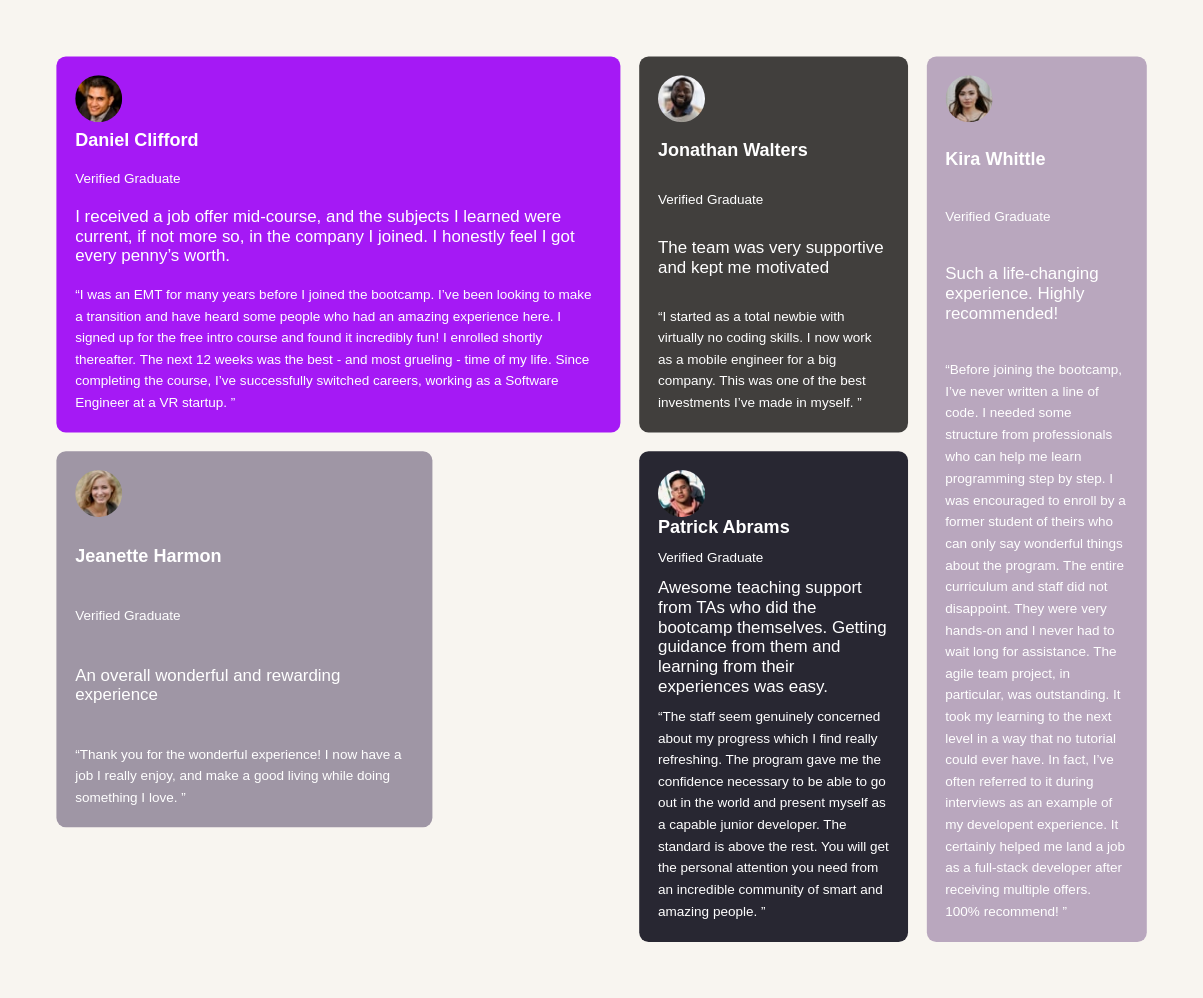
Repository: MagedElRefaey/Grid-Project
Page: Task.html
The author's editor kept a copy of each file at every save. The page is drawn from the files as they stood at one save, then again after the next save.
The browser window is 1280 px wide. The pictures show the whole page, at 94% of full size.

Above is the page before, as saved 2024-09-13 23:29:40.

### Task.html
<!DOCTYPE html>
<html lang="en">
<head>
    <link rel ="stylesheet" href="./Style.css">
    <meta charset="UTF-8">
    <meta name="viewport" content="width=device-width, initial-scale=1.0">
    <title>Document</title>
</head>
<body>
    <div class="Container">
        <div class="Card David"> <img src = "images/image-daniel.jpg">

            <h3>Daniel Clifford</h3>
            <p>Verified Graduate</p>
            <blockquote>
            I received a job offer mid-course, and the subjects I learned were current, if not more so,
            in the company I joined. I honestly feel I got every penny’s worth.</blockquote>

            <p>“I was an EMT for many years before I joined the bootcamp. I’ve been looking to make a
            transition and have heard some people who had an amazing experience here. I signed up
            for the free intro course and found it incredibly fun! I enrolled shortly thereafter.
            The next 12 weeks was the best - and most grueling - time of my life. Since completing
            the course, I’ve successfully switched careers, working as a Software Engineer at a VR startup. ”</p></div>
        <div class="Card Jonathan"><img src = "images/image-jonathan.jpg">
            <h3>Jonathan Walters</h3>
            <p>Verified Graduate</p>

            <blockquote>The team was very supportive and kept me motivated</blockquote>

            <p>“I started as a total newbie with virtually no coding skills. I now work as a mobile engineer
            for a big company. This was one of the best investments I’ve made in myself. ”</p></div>
        <div class="Card Jeanette"> <img src = "images/image-jeanette.jpg">
            <h3>Jeanette Harmon</h3>
            <p>Verified Graduate</p>

            <blockquote>An overall wonderful and rewarding experience</blockquote>

            <p>“Thank you for the wonderful experience! I now have a job I really enjoy, and make a good living
            while doing something I love. ” </p> </div>

        <div class="Card Patrick"><img src="images/image-patrick.jpg">
            <h3>Patrick Abrams</h3>
            <p>Verified Graduate</p>

            <blockquote>Awesome teaching support from TAs who did the bootcamp themselves. Getting guidance from them and
            learning from their experiences was easy.</blockquote>

            <p>“The staff seem genuinely concerned about my progress which I find really refreshing. The program
            gave me the confidence necessary to be able to go out in the world and present myself as a capable
            junior developer. The standard is above the rest. You will get the personal attention you need from
            an incredible community of smart and amazing people. ”</p>
           </div>
        <div class="Card Kira"><img src="images/image-kira.jpg">
            <h3>Kira Whittle</h3>
            <p>Verified Graduate</p>

            <blockquote>Such a life-changing experience. Highly recommended!</blockquote>

            <p>“Before joining the bootcamp, I’ve never written a line of code. I needed some structure from
            professionals who can help me learn programming step by step. I was encouraged to enroll by a former
            student of theirs who can only say wonderful things about the program. The entire curriculum and staff
            did not disappoint. They were very hands-on and I never had to wait long for assistance. The agile team
            project, in particular, was outstanding. It took my learning to the next level in a way that no tutorial
            could ever have. In fact, I’ve often referred to it during interviews as an example of my developent
            experience. It certainly helped me land a job as a full-stack developer after receiving multiple offers.
            100% recommend! ”</p> </div>
    </div>
</body>
</html>

### Style.css
*{
    margin:0;
    padding: 0;
    box-sizing: border-box;
    font-family: Arial, sans-serif;
}
body{
    background-color: rgb(248, 245, 240);
    padding: 20px;
}
.Container {
    padding: 40px 40px 40px;
    display: grid;
    grid-template-columns: repeat(4,1fr);
    grid-template-columns: auto auto;
    grid-template-areas: "David  Jonathan Jonathan Kira"
                        "Jeanette Patrick Patrick Kira";
    gap: 20px;

}
.Card{
    padding: 20px;
    border-radius: 10px;
    color: white;
    display: flex;
    flex-direction: column;
    justify-content: space-between;
    align-items: start;
}
.Card img{
    width: 50px;
    height: 50px;
    border-radius: 50%;
    object-fit: cover;

}
.David{
    grid-area:David;
    /* height: 100%;
    width: 100%;
    border: 3px solid black; */
    /* padding: 20px 0; */
    background-color: #9c00f7e5;
    width: 600px;
    height: 400px;

}
.Jonathan{
    grid-area:Jonathan;
    /* height: 100%;
    width: 100%;
    border: 3px solid black; */
    /* padding: 20px 0; */
    background-color: #1d1c1bd5;
    height: 400px;
}
.Jeanette{
    grid-area:Jeanette;
    /* height: 100%;
    width: 100%;
    border: 3px solid black; */
    /* padding: 20px 0; */
    background-color: #968c9ee5;
    width: 400px;
    height: 400px;
}
.Patrick{
    grid-area:Patrick;
    /* height: 100%;
    width: 100%;
    border: 3px solid black; */
    /* padding: 20px 0; */
    background-color: #11101de5;
    width: 100%;
    height: 100%;


}
.Kira{
    grid-area:Kira;
    /* height: 100%;
    width: 100%;
    border: 3px solid black; */
    /* padding: 20px 0; */
    background-color: #b39fb9e5;
}
h3{
    margin-bottom: 10px;
    font-size: 1.2rem;
}
p{
    font-size: 0.9rem;
    line-height: 1.6;

}
blockquote {
font-style: times;
font-size:18px;
color: white;
margin: 10px 0;
}

@media  (max-width:780px){
    .Container{
        grid-template-columns: repeat(4,1fr);

    }

}

After the next save:
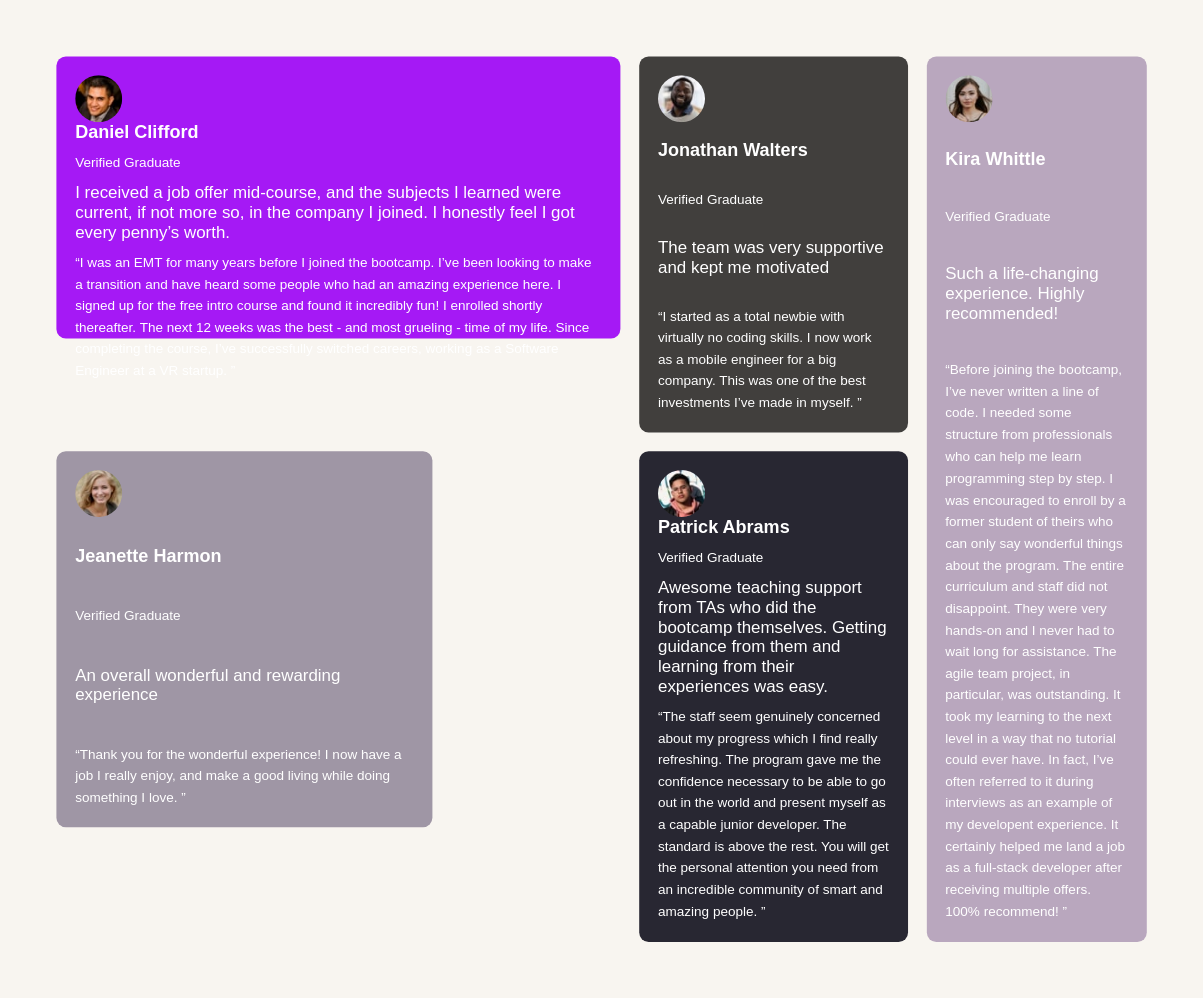
Saved 6 s later.
--- a/Style.css
+++ b/Style.css
@@ -42,7 +42,7 @@
     /* padding: 20px 0; */
     background-color: #9c00f7e5;
     width: 600px;
-    height: 400px;
+    height: 300px;
 
 }
 .Jonathan{

After the save that followed:
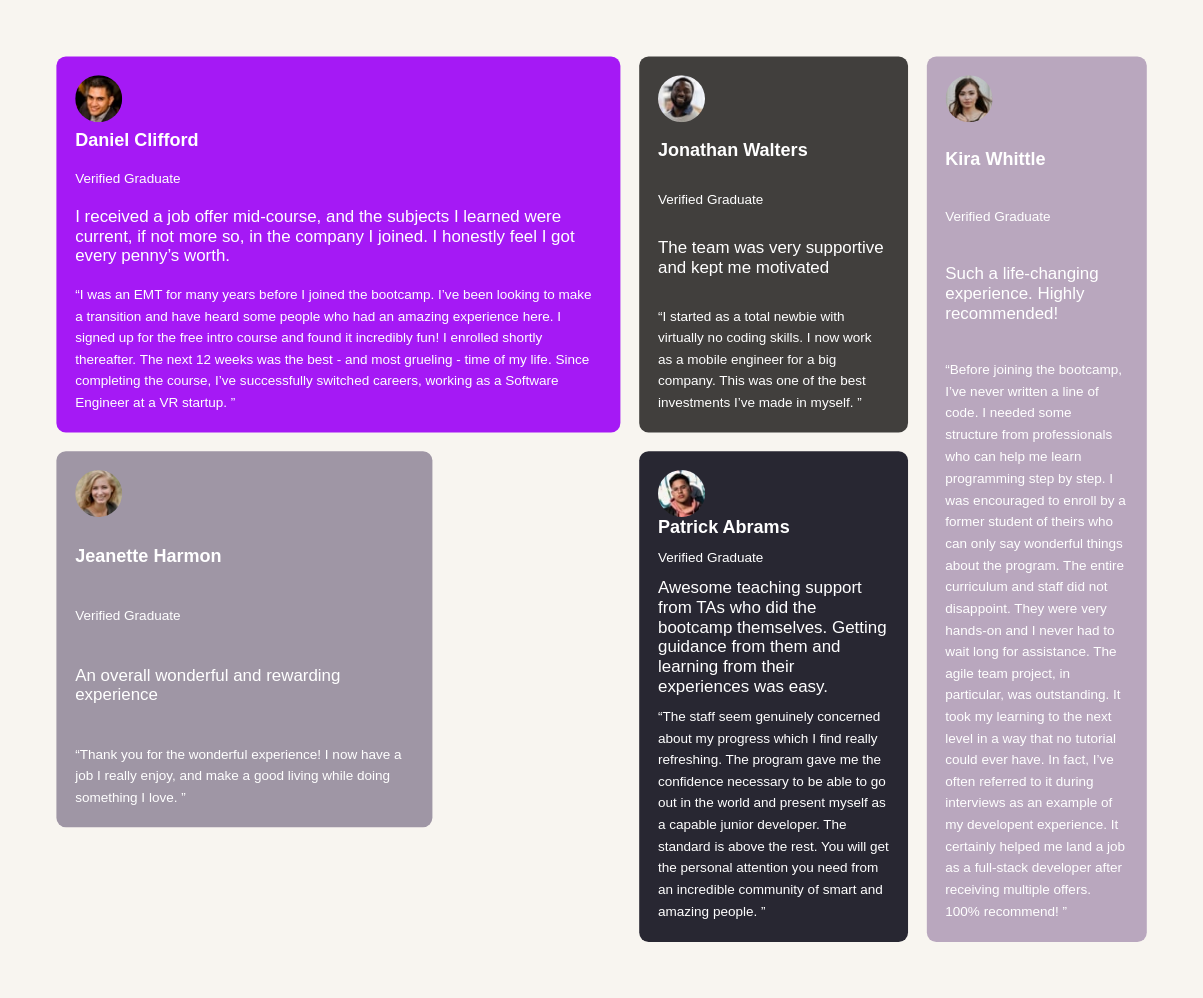
Saved 7 s later.
--- a/Style.css
+++ b/Style.css
@@ -42,7 +42,7 @@
     /* padding: 20px 0; */
     background-color: #9c00f7e5;
     width: 600px;
-    height: 300px;
+    height: 400px;
 
 }
 .Jonathan{
